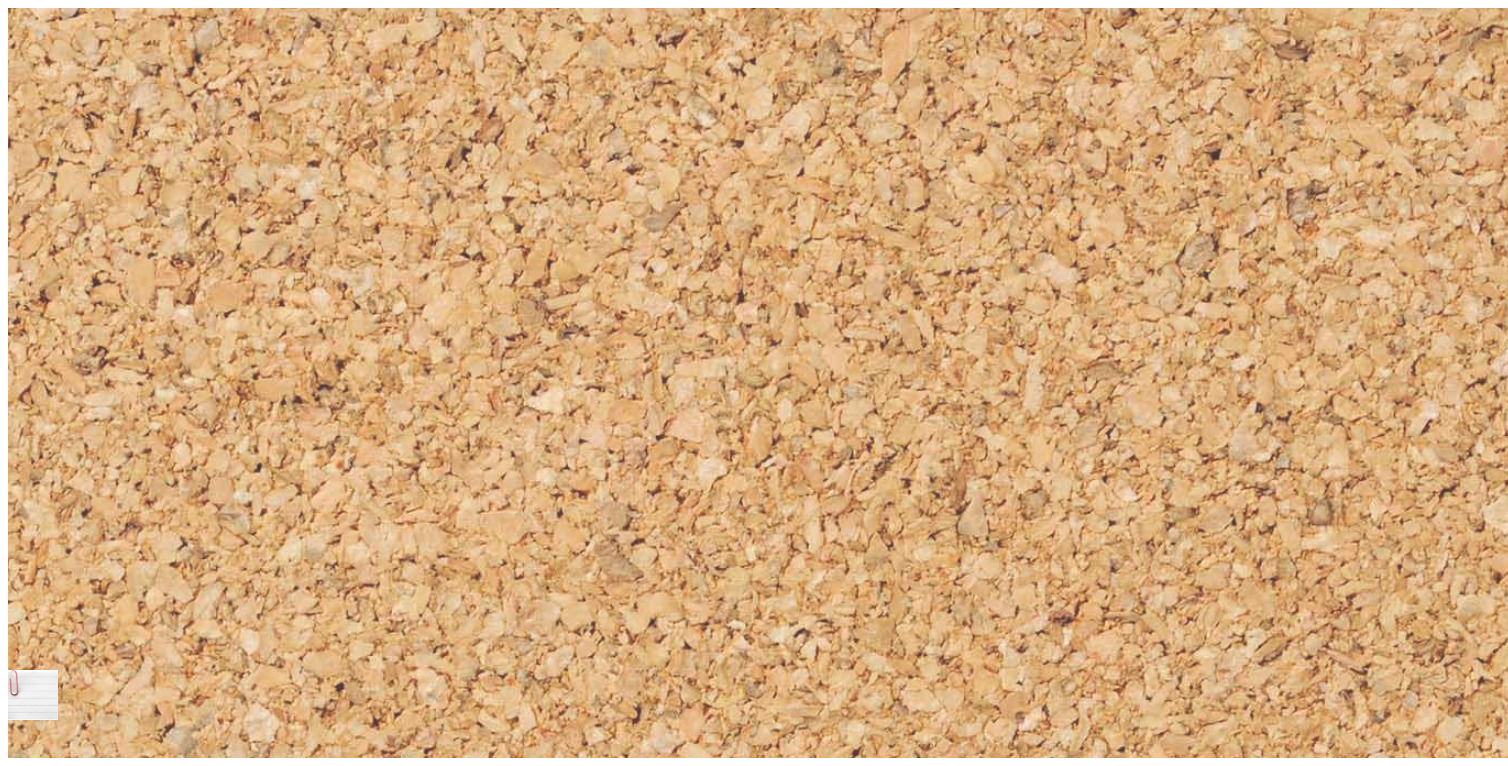
Repository: mh223ja/1dv403project
Page: index.html
The author's editor kept a record of every edit. The page is drawn from the files as they stood at one moment, then again after the next edit.
The browser window is 1280 px wide. The page is 1508 px wide, so the pictures cover 1508 px, including what lies to the right of the window. The pictures show the whole page.

Above is the page before.

After the next edit:
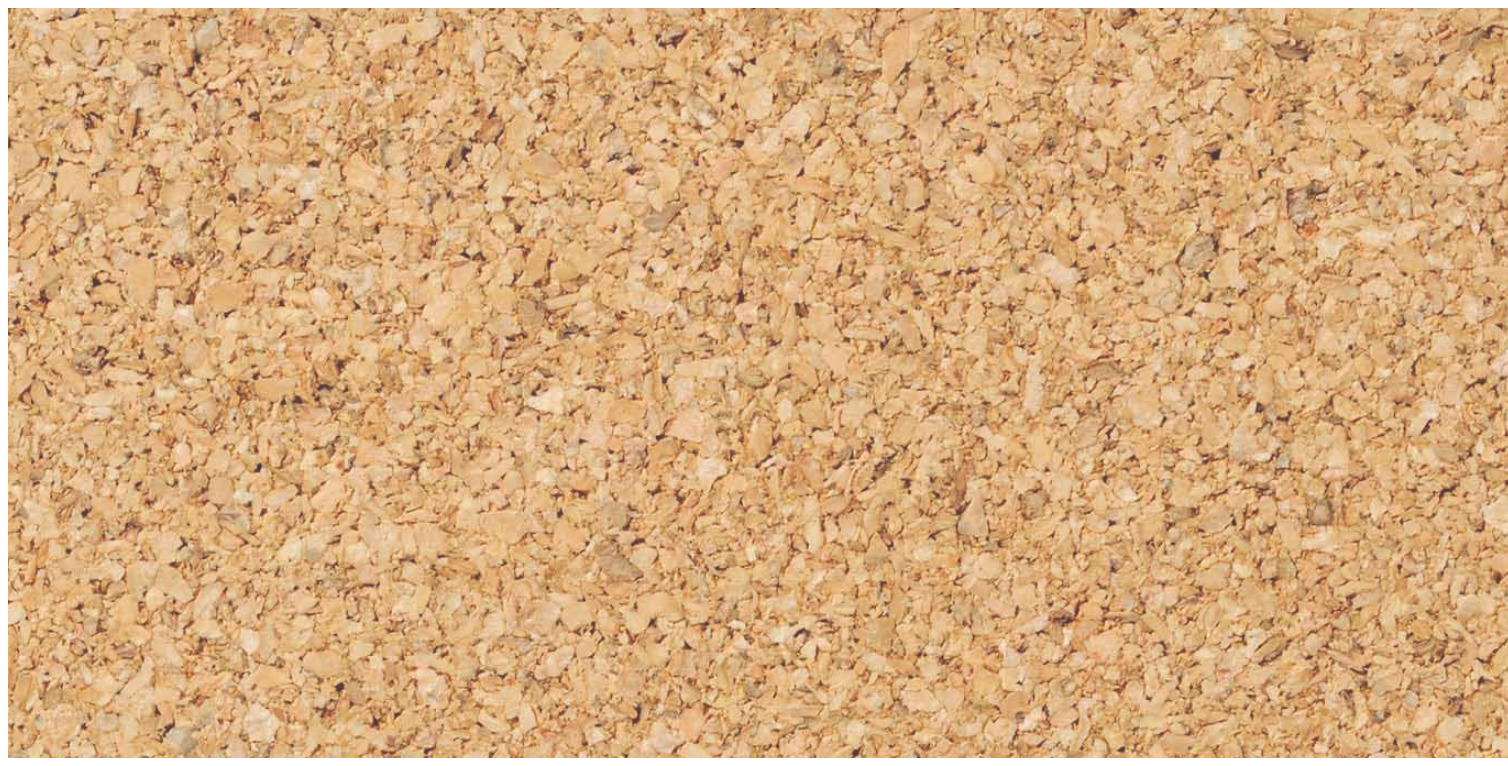
Console error: SyntaxError: Unexpected token ','
The edit:
--- a/desktop2.js
+++ b/desktop2.js
@@ -119,6 +119,14 @@
         var setImageLink;
         var thumbImg;
         var thumbDiv;
+        for (var i = 0; i < Project.thumbImages.length; i++){
+        if (Project.thumbImages[i].thumbWidth > maxWidth) {
+                maxWidth = Project.thumbImages[i].thumbWidth;
+            }
+
+            if (Project.thumbImages[i].thumbHeight > maxHeight) {
+                maxHeight = Project.thumbImages[i].thumbHeight;
+            }
         for (var i = 0; i < Project.thumbImages.length; i++) {
             thumbImageInfo = Project.thumbImages[i];
             // thumbImageInfo.i = i;

After the edit that followed:
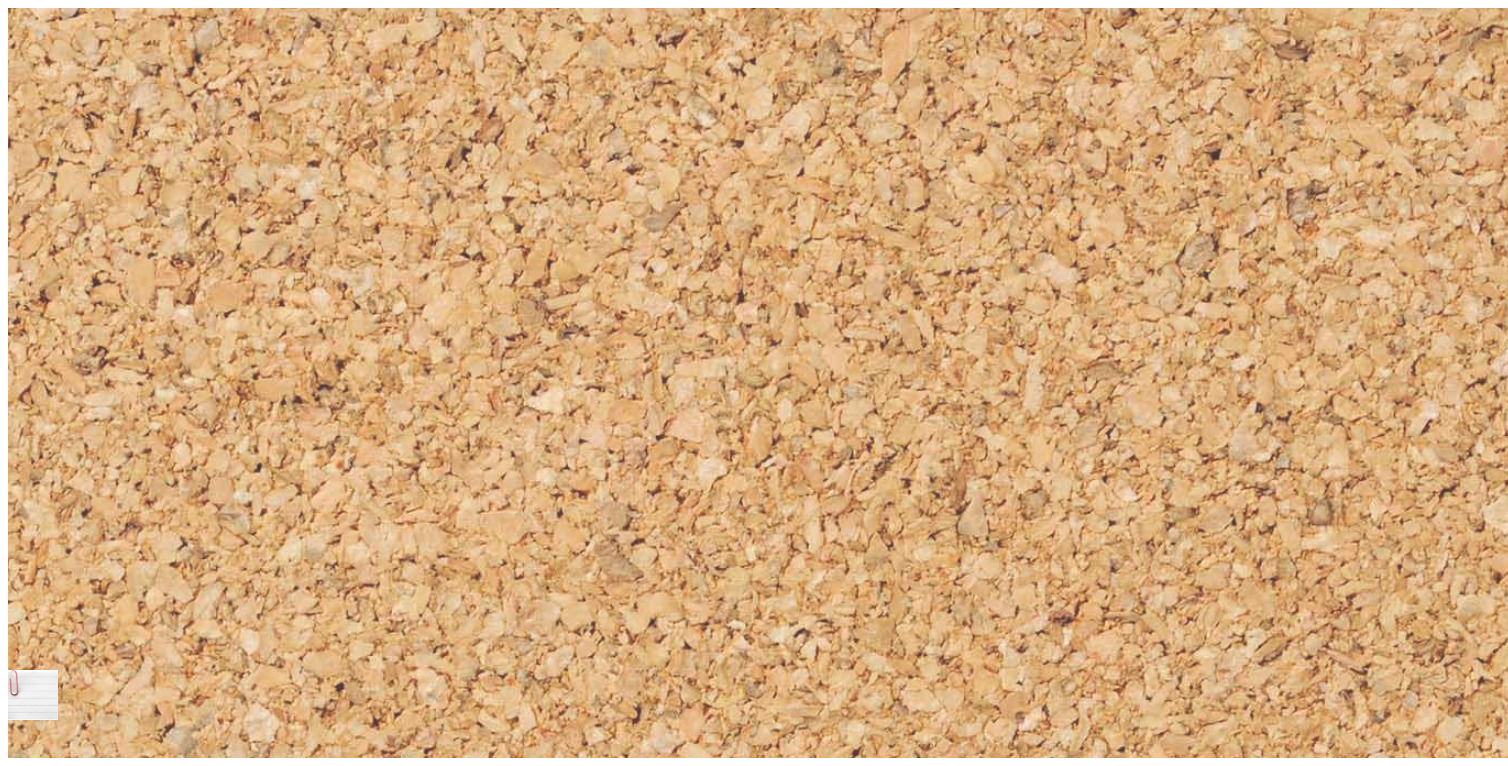
The error is gone.
The edit:
--- a/desktop2.js
+++ b/desktop2.js
@@ -127,6 +127,7 @@
             if (Project.thumbImages[i].thumbHeight > maxHeight) {
                 maxHeight = Project.thumbImages[i].thumbHeight;
             }
+        }
         for (var i = 0; i < Project.thumbImages.length; i++) {
             thumbImageInfo = Project.thumbImages[i];
             // thumbImageInfo.i = i;
